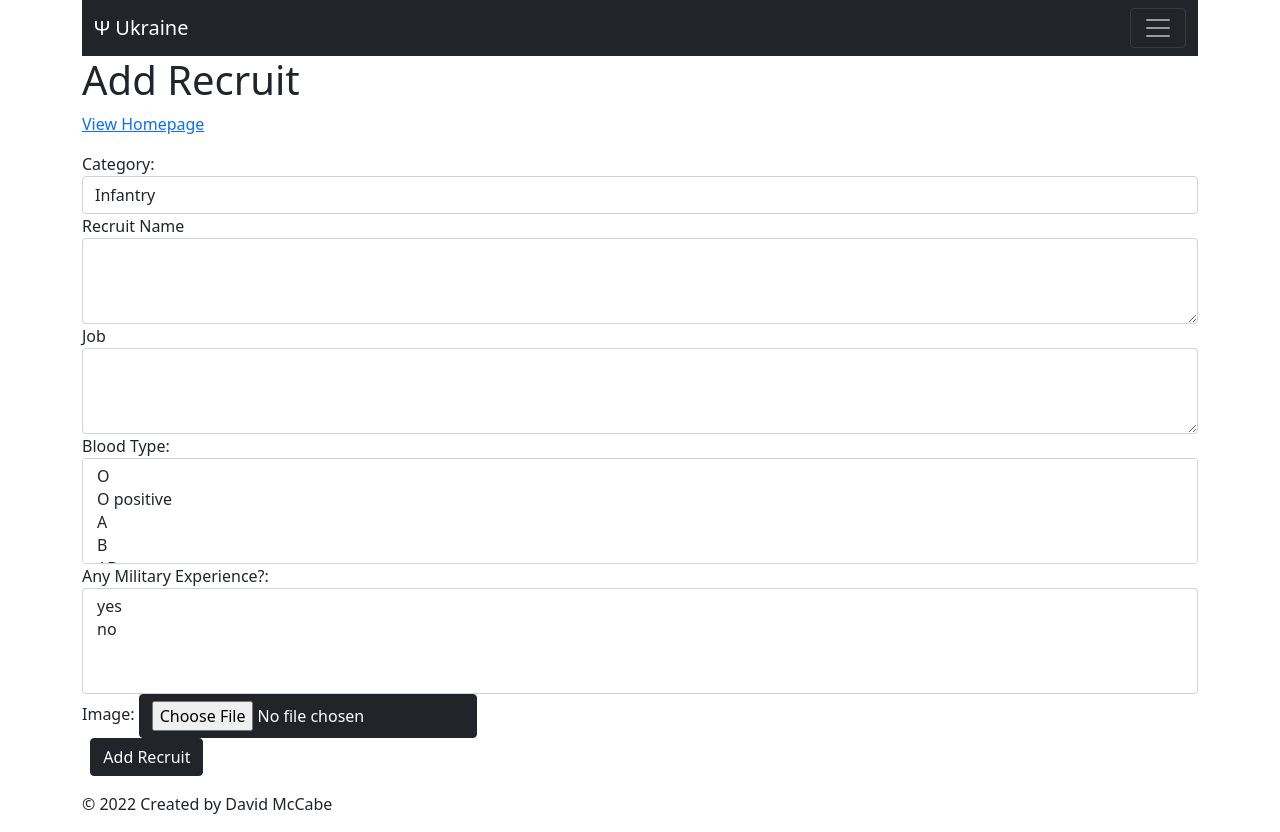
Repository: davidDKIT/ca2-davidmccabe-php
Page: http://localhost/add_record_form.php
An editor plug-in stored every save of this project. The page is shown before and after the next save, followed by the edit.
The browser window is 1280 px wide. The pictures show the whole page.
The page is run by PHP 8.4 with error messages shown; the project is at /var/www/html/. The database holds what the project's SQL file puts in it.

Above is the page before, as saved 2022-03-15 21:13:58.

After the next save:
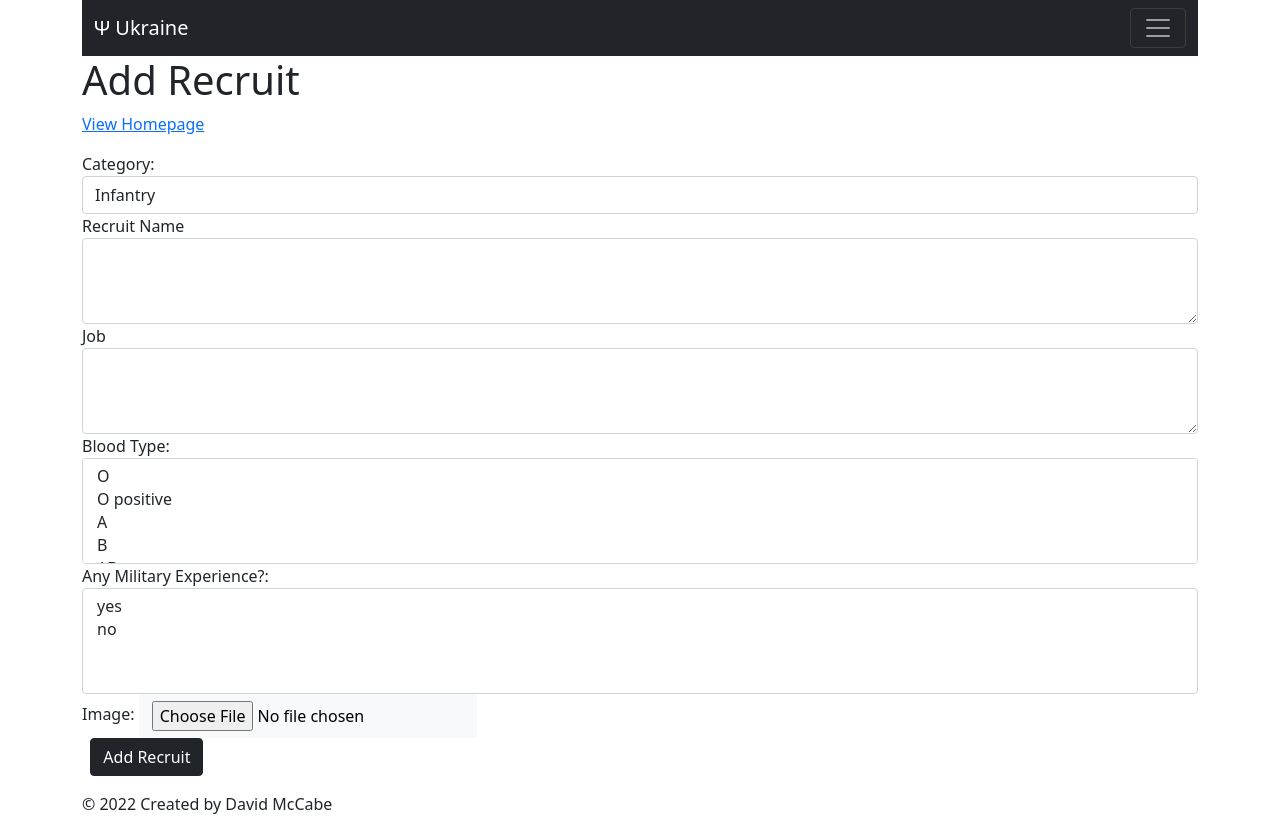
Saved 17 s later.
--- a/add_record_form.php
+++ b/add_record_form.php
@@ -46,7 +46,7 @@ $statement->closeCursor();
         <option>no</option>
       </select>
       <label>Image:</label>
-      <input class="btn btn-dark" type="file" name="image" accept="image/*" />
+      <input class="btn btn-light" type="file" name="image" accept="image/*" />
       <br>
     </div>
     <label>&nbsp;</label>
